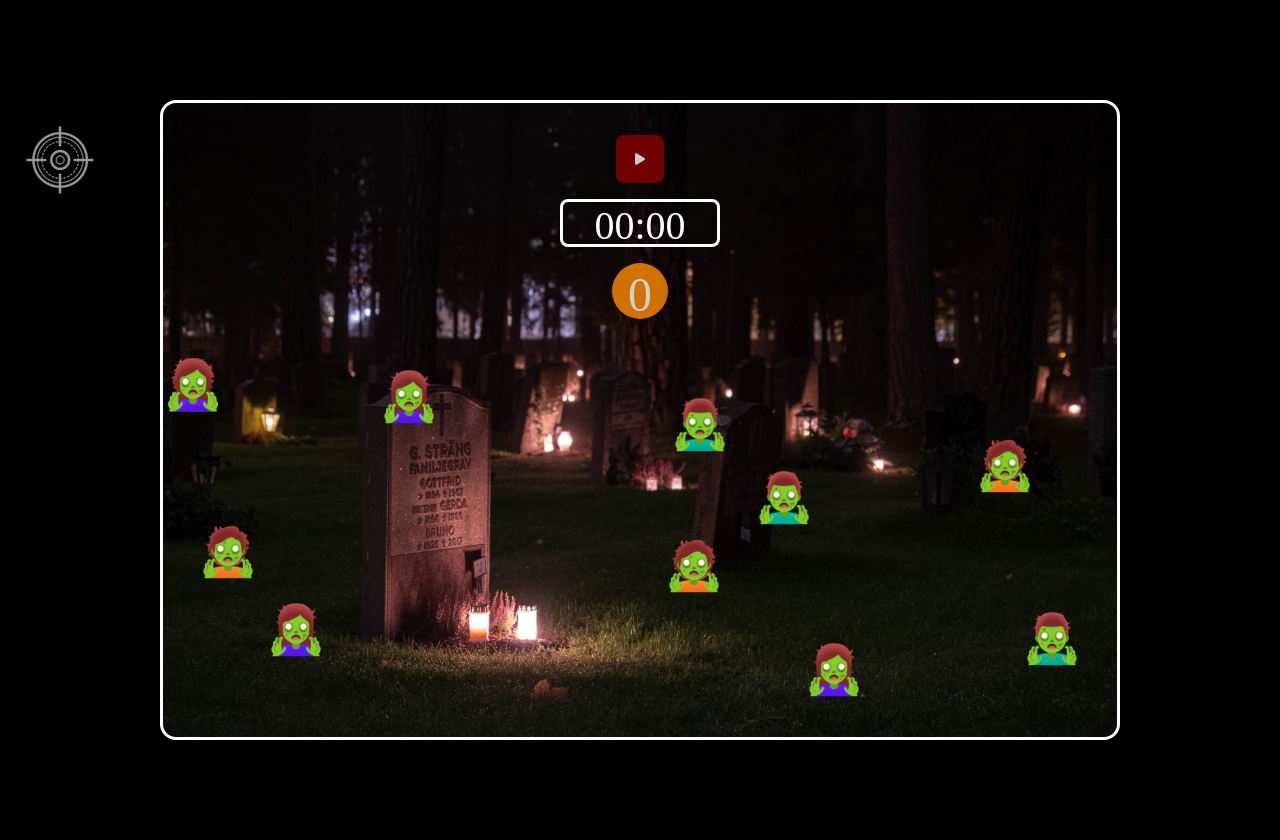
Repository: MrJinkyu/ZombieGame
Page: index.html
These files come from the project's save history. The page is drawn as it stood at one moment and after the next save; the edit follows.
The browser window is 1280 px wide. The pictures show the whole page.
Some web libraries are served in a nearby version.

Above is the page before, as saved 2023-04-09 13:34:33.

### index.html
<!DOCTYPE html>
<html lang="en">
<head>
    <meta charset="UTF-8">
    <meta http-equiv="X-UA-Compatible" content="IE=edge">
    <meta name="viewport" content="width=device-width, initial-scale=1.0">
    <title>Zombie Game</title>
    <link rel="stylesheet" href="style.css">
    <script src="main.js" defer></script>
    <script src="https://kit.fontawesome.com/83424fe51a.js" crossorigin="anonymous"></script>
</head>
<body>
    <img src="img/target.png" alt="target" class="game__target">
    <section class="game">
        <haeder class="game__header">
            <button class="game__btn">
                <i class="fa-sharp fas fa-play"></i>
            </button>
            <span class="game__timer">00:00</span>
            <span class="game__score">0</span>
        </haeder>
        <section class="game__field">
            <span class="zombie">🧟‍♂️</span>
            <span class="zombie">🧟</span>
            <span class="zombie">🧟‍♀️</span>
        </section>
    </section>
    <section class="pop-up">
        <button class="pop-up__refresh">
            <i class="fa fa-rotate-right"></i>
        </button>
        <div class="pop-up__message">Replay❓</div>
    </section>
</body>
</html>

### style.css
*{
    box-sizing: border-box;
    margin: 0;
    padding: 0;
}

body{
    background-color: black;
}

.game{
    background: url('img/background.jpg') center/cover;
    width: 60rem;
    height: 40rem;
    border: 0.2rem solid white;
    border-radius: 1rem;
    margin: 100px auto;
}

.game__target{
    position: absolute;
    opacity: 0.6;
    z-index: 1;
}

.game__header{
    display: flex;
    flex-direction: column;
    align-items: center;
    height: 40%;
}

.game__btn{
    margin-top: 2rem;
    width: 3rem;
    height: 3rem;
    background-color: darkred;
    color: white;
    border: none;
    border-radius: 0.5rem;
    outline: none;
    opacity: 0.8;
    transition: all 200ms ease-in;
    z-index: 1;
}

.game__btn:hover{
    transform: scale(1.1);
    opacity: 1;
}

.game__timer{
    margin-top: 1rem;
    width: 10rem;
    height: 3rem;
    border-radius: 0.5rem;
    border: 3px solid white;
    color: white;
    line-height: 3rem;
    font-size: 2.5rem;
    cursor: auto;
    user-select: none;
    text-align: center;
}

.game__score{
    margin-top: 1rem;
    width: 3.5rem;
    height: 3.5rem;
    font-size: 3rem;
    line-height: 4rem;
    border-radius: 50%;
    background-color: darkorange;
    color: white;
    cursor: auto;
    user-select: none;
    opacity: 0.8;
    text-align: center;
}

.game__field{
    width: 100%;
    height: 60%;
    position: relative;
}

.zombie{
    position: absolute;
    font-size: 3rem;
    transition: all 200ms ease-in;
}

.zombie:hover{
    transform: scale(1.1);
}

.pop-up{
    width: 25rem;
    height: 10rem;
    background-color: #00000090;
    text-align: center;
    margin: 0 auto;
    transform: translateY(-20rem);
    display: none;

}

.pop-up.vidible{
    display: block;

}

.pop-up__refresh{
    width: 3rem;
    height: 3rem;
    margin-top: 2rem;
    background-color: white;
    color: darkorange;
    border-radius: 50%;
    border: 2px solid darkorange;
    font-size: 1.5rem;
    transition: all 200ms ease-in;
}

.pop-up__refresh:hover{
    transform: rotate(360deg);
}

.pop-up__message{
    margin-top: 0.5rem;
    color: red;
    font-size: 2rem;
}

### main.js
'use strict';

const gameField = document.querySelector('.game__field');
const fieldRect = gameField.getBoundingClientRect();
const zombie = document.querySelector('.zombie');
const zombieRect = zombie.getBoundingClientRect();

init();

function init(){
    addZombie('zombie','🧟‍♂️',3);
    addZombie('zombie','🧟',3);
    addZombie('zombie','🧟‍♀️',3);
}

function addZombie(className,zombieType,count){
    for(let i=0; i<count; i++){
        const zombie = document.createElement('span');
        zombie.setAttribute('class',className);
        zombie.innerHTML = zombieType;
        const x = randomNumber(fieldRect.width-zombieRect.width);
        const y = randomNumber(fieldRect.height-zombieRect.height);
        zombie.style.left = `${x}px`;
        zombie.style.top = `${y}px`;
        gameField.appendChild(zombie);
    }
}

function randomNumber(max){
    return Math.floor(Math.random()*max);
}

























const target = document.querySelector('.game__target');

window.addEventListener('load',()=>{
    const targetRect = target.getBoundingClientRect();
    document.addEventListener('mousemove',(e)=>{
        target.style.transform = `translate(${e.clientX-targetRect.width/2}px,${e.clientY-targetRect.height/2-100}px)`;
    });
});

After the next save:
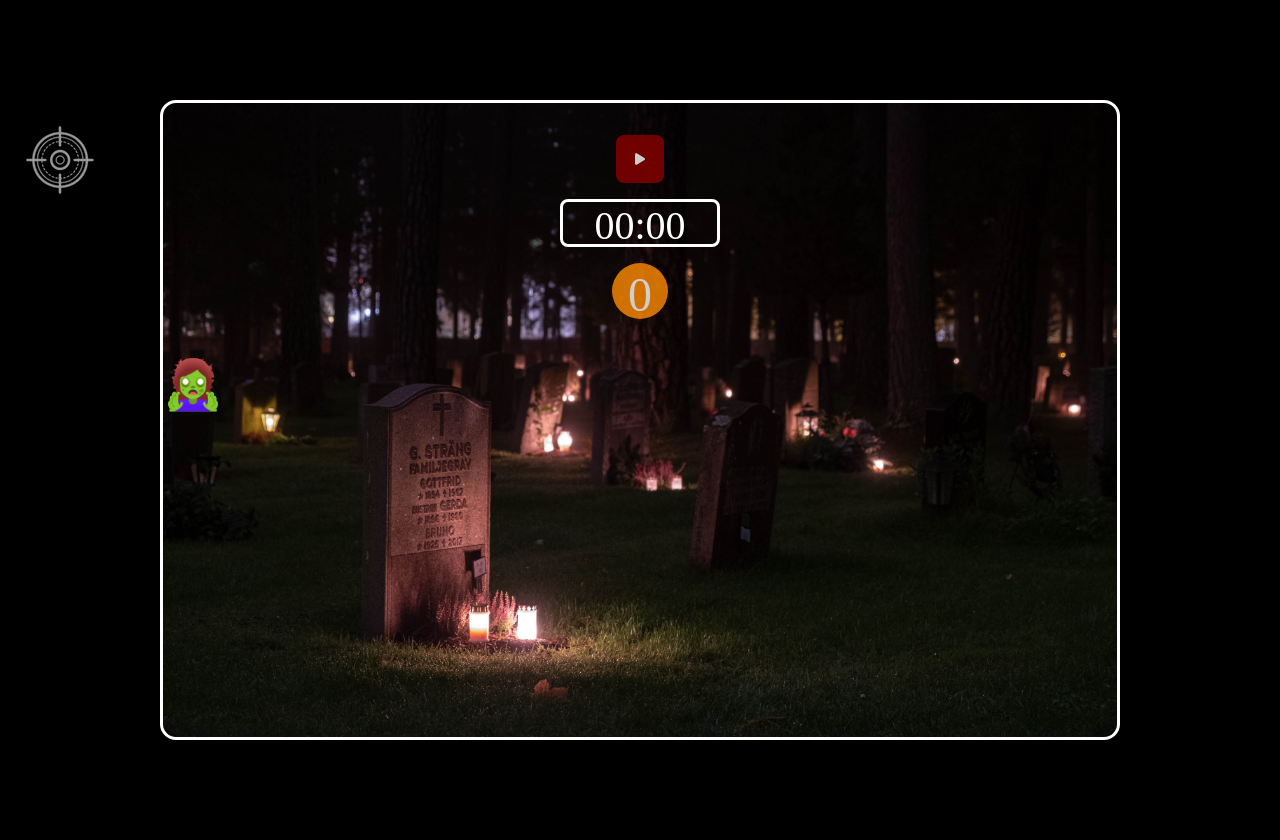
Console error: ReferenceError: zombieRect is not defined
Saved 55 s later.
--- a/main.js
+++ b/main.js
@@ -1,9 +1,12 @@
 'use strict';
-
 const gameField = document.querySelector('.game__field');
 const fieldRect = gameField.getBoundingClientRect();
-const zombie = document.querySelector('.zombie');
-const zombieRect = zombie.getBoundingClientRect();
+
+const zombie = {
+    width:48,
+    height:63,
+    className:'zombie'
+}
 
 init();
 

After the 3 saves that followed:
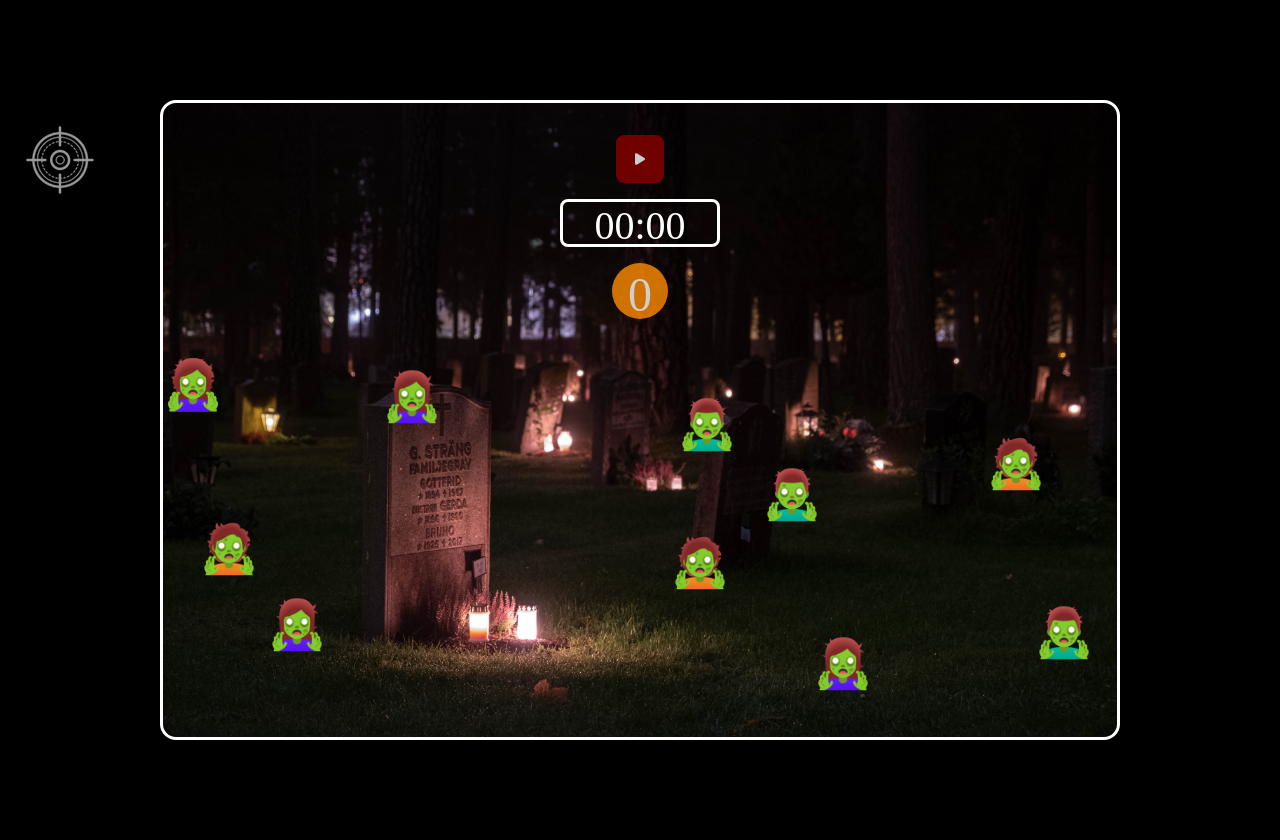
The error is gone.
The 3 saves are shown as one change because 2 left the picture as it was.
The last was saved 3 min 26 s later.
--- a/main.js
+++ b/main.js
@@ -2,18 +2,21 @@
 const gameField = document.querySelector('.game__field');
 const fieldRect = gameField.getBoundingClientRect();
 
-const zombie = {
+const Zombie = {
     width:48,
     height:63,
-    className:'zombie'
+    className:'zombie',
+    first:'🧟‍♂️',
+    second:'🧟',
+    third:'🧟‍♀️',
 }
 
 init();
 
 function init(){
-    addZombie('zombie','🧟‍♂️',3);
-    addZombie('zombie','🧟',3);
-    addZombie('zombie','🧟‍♀️',3);
+    addZombie(Zombie.className,Zombie.first,3);
+    addZombie(Zombie.className,Zombie.second,3);
+    addZombie(Zombie.className,Zombie.third,3);
 }
 
 function addZombie(className,zombieType,count){
@@ -21,8 +24,8 @@
         const zombie = document.createElement('span');
         zombie.setAttribute('class',className);
         zombie.innerHTML = zombieType;
-        const x = randomNumber(fieldRect.width-zombieRect.width);
-        const y = randomNumber(fieldRect.height-zombieRect.height);
+        const x = randomNumber(fieldRect.width-Zombie.width);
+        const y = randomNumber(fieldRect.height-Zombie.height);
         zombie.style.left = `${x}px`;
         zombie.style.top = `${y}px`;
         gameField.appendChild(zombie);
